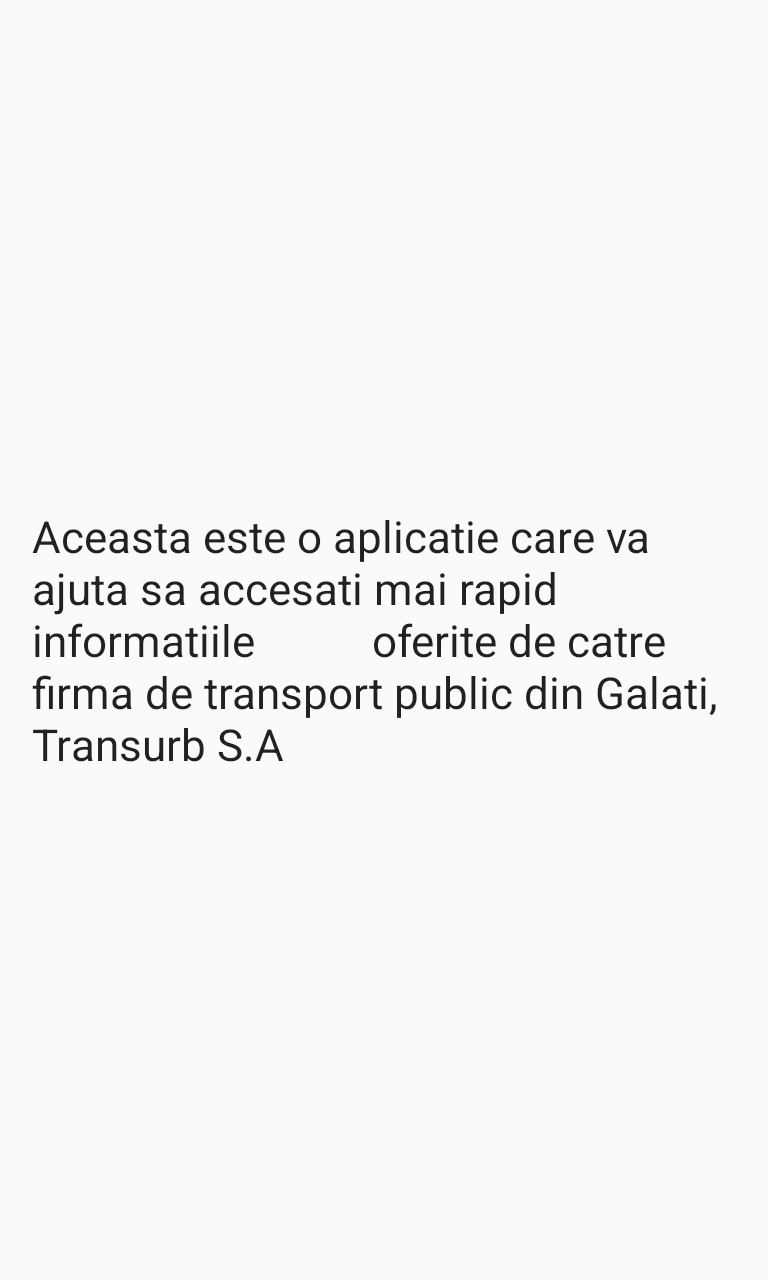
Repository: teoturcu/testdis
Layout: Trans/res/layout/fragment_main.xml
The author's editor kept a copy of each file at every save. The layout is drawn from the files as they stood at one save, then again after the next save.
It is drawn on a 768 x 1280 px phone screen (xhdpi) without system bars, with theme AppTheme; the app's code is not run.

Above is the layout before, as saved 2015-03-29 17:04:17.

### Trans/res/layout/fragment_main.xml
<RelativeLayout xmlns:android="http://schemas.android.com/apk/res/android"
    xmlns:tools="http://schemas.android.com/tools"
    android:layout_width="match_parent"
    android:layout_height="match_parent"
    android:paddingBottom="@dimen/activity_vertical_margin"
    android:paddingLeft="@dimen/activity_horizontal_margin"
    android:paddingRight="@dimen/activity_horizontal_margin"
    android:paddingTop="@dimen/activity_vertical_margin"
    tools:context="com.example.trans.MainActivity$PlaceholderFragment" >

    <TextView
        android:id="@+id/section_label"
        android:layout_width="wrap_content"
        android:layout_height="wrap_content" />

    <TextView
        android:id="@+id/textView1"
        android:layout_width="wrap_content"
        android:layout_height="wrap_content"
        android:layout_centerHorizontal="true"
        android:layout_centerVertical="true"
        android:text="Aceasta este o aplicatie care va ajuta sa accesati mai rapid informatiile
        	oferite de catre firma de transport public din Galati, Transurb S.A"
        android:textAppearance="?android:attr/textAppearanceLarge" />

</RelativeLayout>

Loaded but not shown: Trans/res/values/styles.xml (common file); Trans/res/values-v11/styles.xml (common file); Trans/res/values-v14/styles.xml (common file); Trans/res/values/dimens.xml (common file); Trans/res/values-w820dp/dimens.xml (common file)

After the next save:
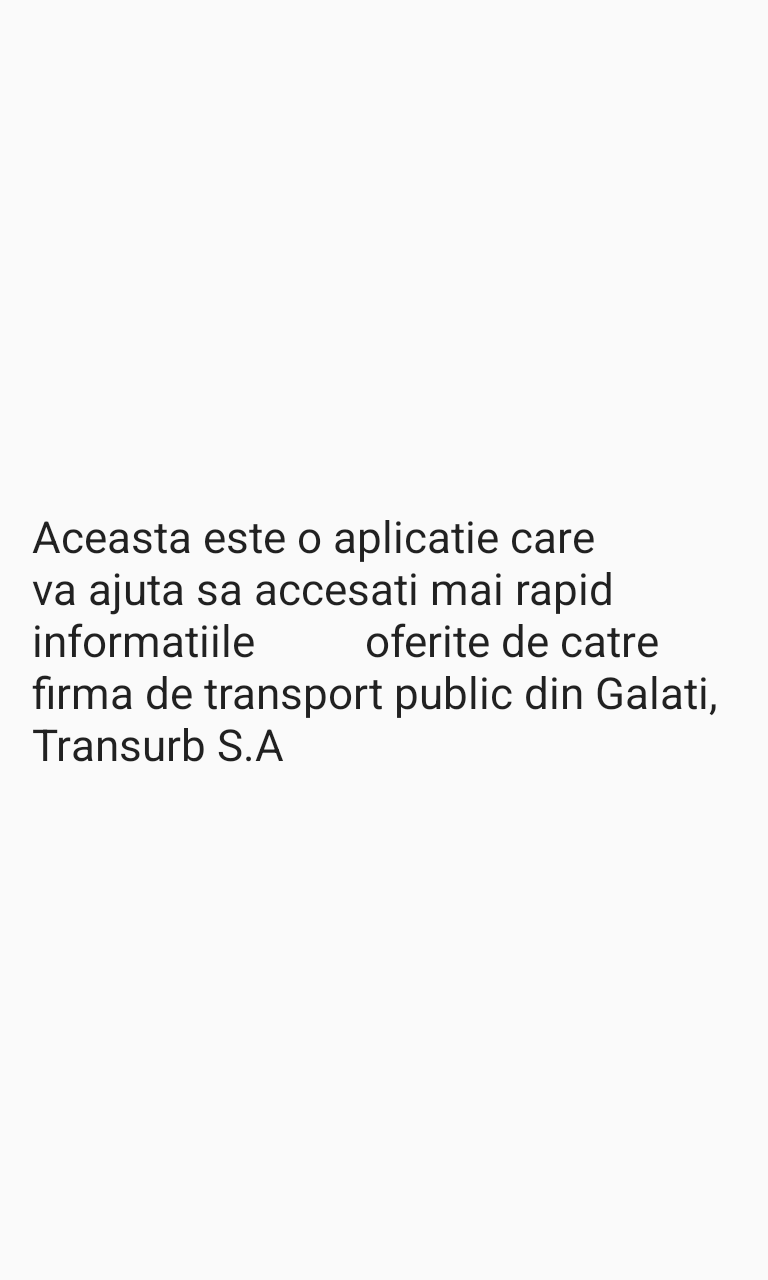
Saved 5 min 37 s later.
--- a/Trans/res/layout/fragment_main.xml
+++ b/Trans/res/layout/fragment_main.xml
@@ -20,7 +20,7 @@
         android:layout_centerHorizontal="true"
         android:layout_centerVertical="true"
         android:text="Aceasta este o aplicatie care va ajuta sa accesati mai rapid informatiile
-        	oferite de catre firma de transport public din Galati, Transurb S.A"
+        oferite de catre firma de transport public din Galati, Transurb S.A"
         android:textAppearance="?android:attr/textAppearanceLarge" />
 
 </RelativeLayout>
